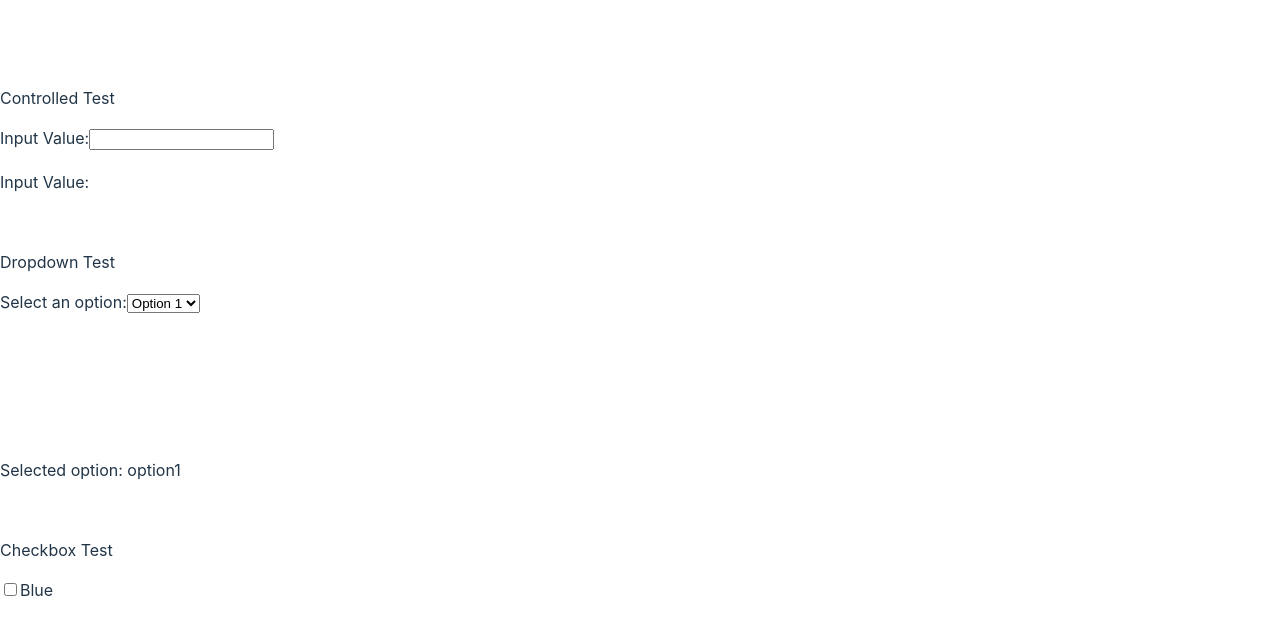
Repository: MariJafari/React-Form
Page: / (app in Desktop/Vite_jsx (3)/Vite_jsx/React Forms/)
The author's editor kept a copy of each file at every save. The page is drawn from the files as they stood at one save, then again after a run of saves.
The browser window is 1280 px wide. The pictures show the whole page.
The project was rebuilt for these pictures with package versions that can differ from the ones it lists, and the page was loaded fresh each time. Also part of the build but not shown: Desktop/Vite_jsx (3)/Vite_jsx/React Forms/vite.config.js.

Above is the page before, as saved 2023-10-28 21:00:46.

After the next 2 saves:
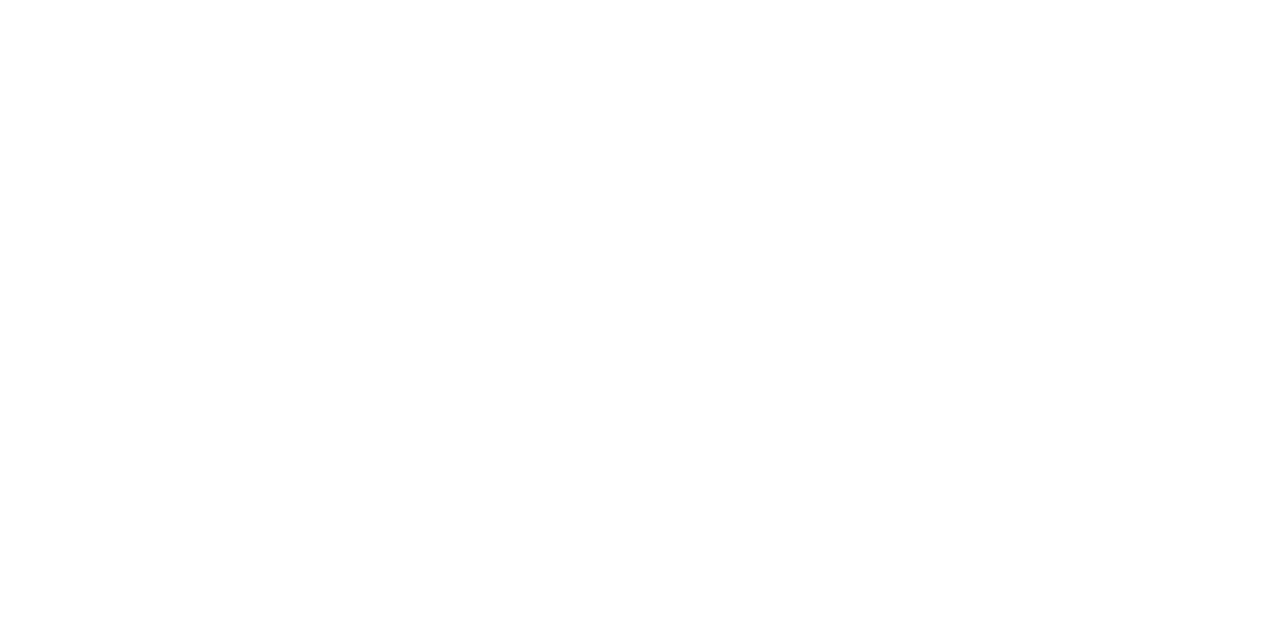
Console error: ReferenceError: Red is not defined
The 2 saves are shown as one change because they came seconds apart.
The last was saved 23 s later.
--- a/Desktop/Vite_jsx (3)/Vite_jsx/React Forms/src/components/Checkbox/Checkbox.jsx
+++ b/Desktop/Vite_jsx (3)/Vite_jsx/React Forms/src/components/Checkbox/Checkbox.jsx
@@ -19,6 +19,7 @@
                         onChange={handleChange}
                      />
                         Blue
+                        <Red></Red>
                 </label>
                 {isChecked && <div>Blue is selected!</div>}
             </form>

After the save that followed:
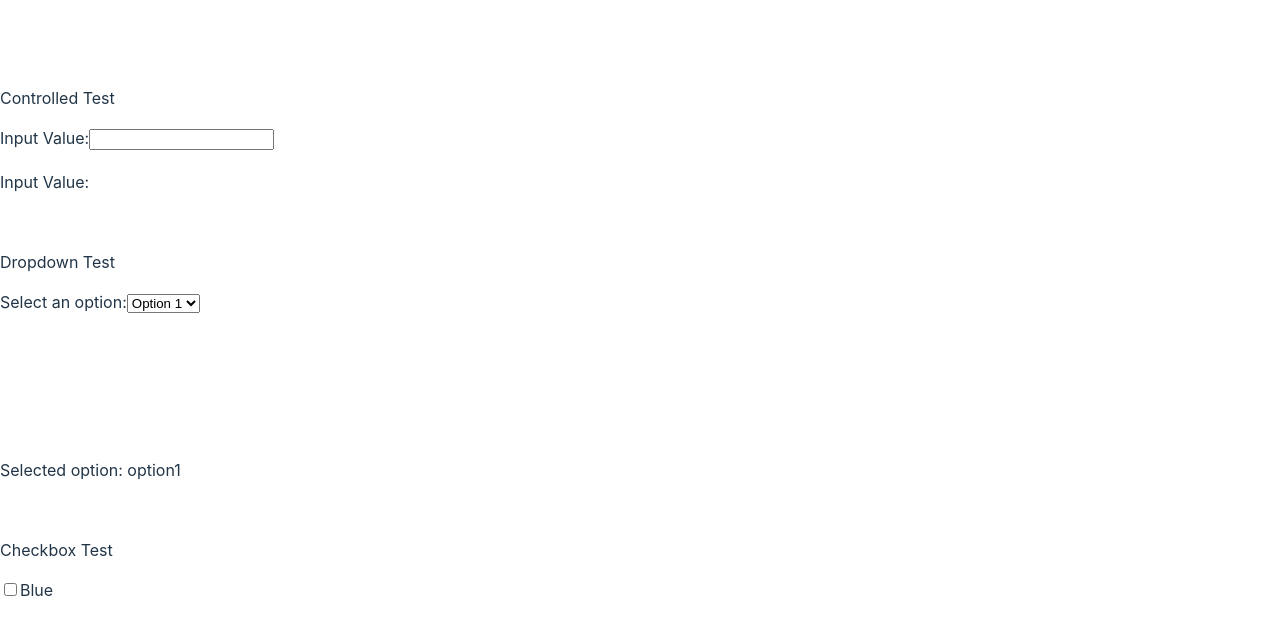
The error is gone.
Saved 5 s later.
--- a/Desktop/Vite_jsx (3)/Vite_jsx/React Forms/src/components/Checkbox/Checkbox.jsx
+++ b/Desktop/Vite_jsx (3)/Vite_jsx/React Forms/src/components/Checkbox/Checkbox.jsx
@@ -19,7 +19,7 @@
                         onChange={handleChange}
                      />
                         Blue
-                        <Red></Red>
+
                 </label>
                 {isChecked && <div>Blue is selected!</div>}
             </form>
